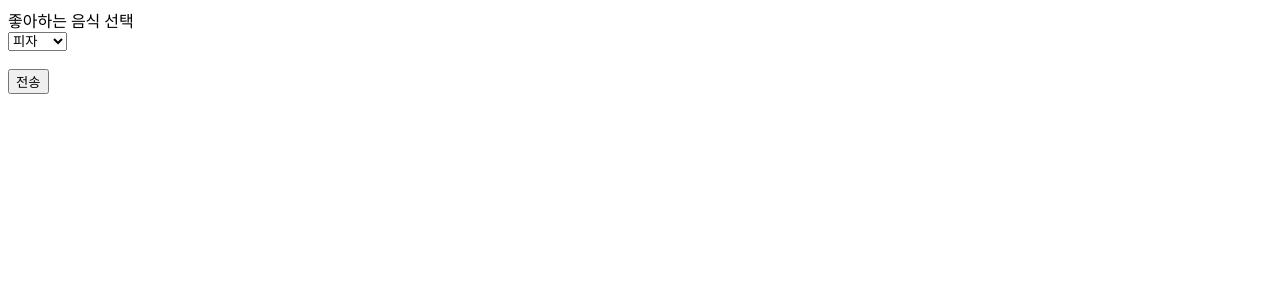
Repository: uj06134/Metabuild_JSP
Page: http://localhost/07_EL_JSTL/Ex04_form.jsp
An editor plug-in stored every save of this project. The page is shown before and after the next save, followed by the edit.
The browser window is 1280 px wide. The pictures show the whole page.
The page is served by Tomcat 9.

Above is the page before, as saved 2025-09-16 05:38:17.

After the next save:
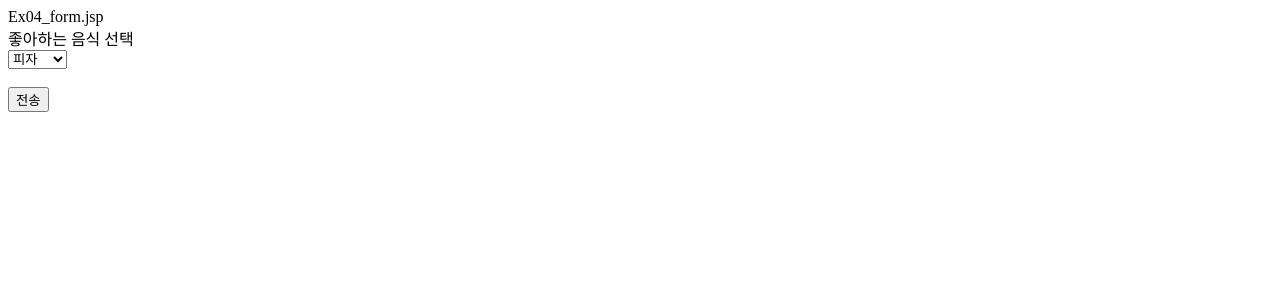
Saved 23 s later.
--- a/07_EL_JSTL/src/main/webapp/Ex04_form.jsp
+++ b/07_EL_JSTL/src/main/webapp/Ex04_form.jsp
@@ -1,5 +1,7 @@
 <%@ page language="java" contentType="text/html; charset=UTF-8"
     pageEncoding="UTF-8"%>
+Ex04_form.jsp
+
 <form action="Ex04_result.jsp" method="post">
     좋아하는 음식 선택 <br>
     <select name="food">
